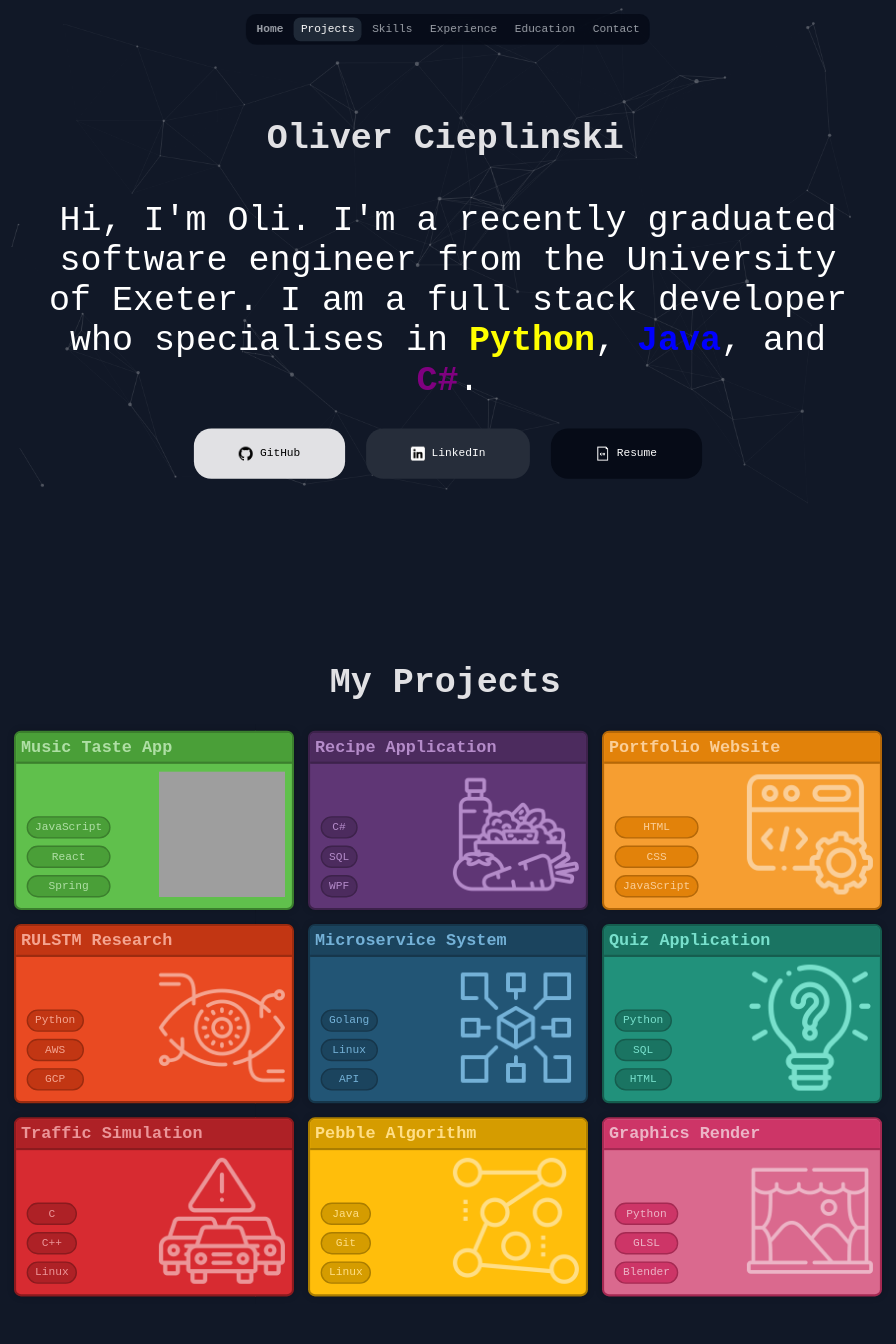
Repository: oliciep/oliciep.github.io
Page: index.html
An editor plug-in stored every save of this project. The page is shown before and after the next save, followed by the edit.
The browser window is 1280 px wide. The pictures show the part of the page from y = 0 to 1920 px (the page is 4884 px tall before and 5130 px after), at 70% of full size.
Pictures or frames that could not be fetched are drawn as grey boxes.

Above is the page before, as saved 2024-03-25 18:17:22.

After the next save:
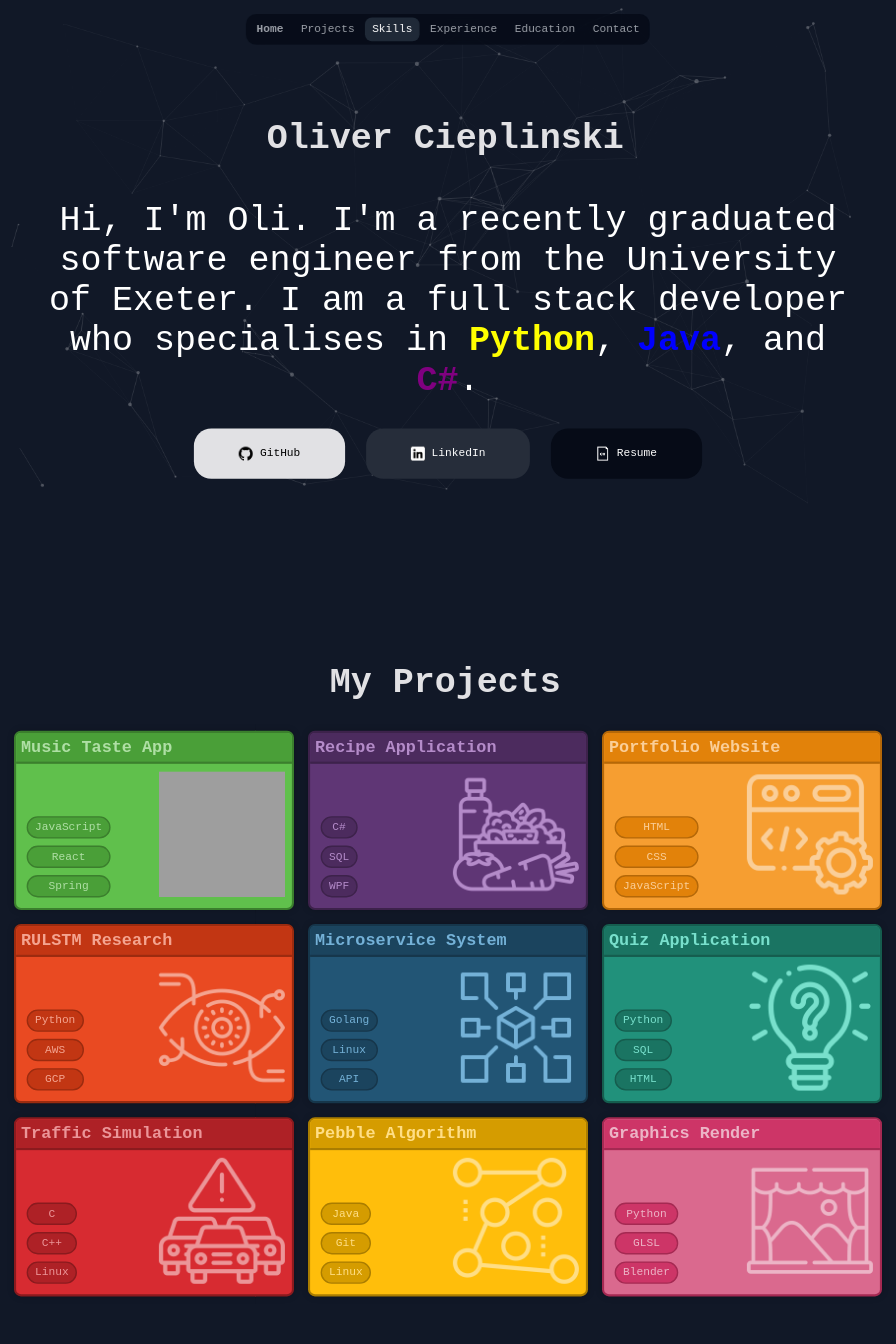
Saved 10 days later.
--- a/index.html
+++ b/index.html
@@ -383,6 +383,16 @@
                     <div class="desc left-job"><b>Delivery Courier</b><br>Organised shift based schedule around university work, learned time efficiency and organisation, created relationships in the city and improved customer service.</div>
                   </div>
                 </li>
+                <li class="test">
+                    <div class="direction-r">
+                      <div class="flag-wrapper">
+                        <span class="hexa"></span>
+                        <span class="flag">Infoality</span>
+                        <span class="time-wrapper"><span class="time">03/2024 - Present</span></span>
+                      </div>
+                      <div class="desc left-job"><b>Junior Software Developer</b><br>Organised shift based schedule around university work, learned time efficiency and organisation, created relationships in the city and improved customer service.</div>
+                    </div>
+                  </li>
               </ul>
         </section>
 
